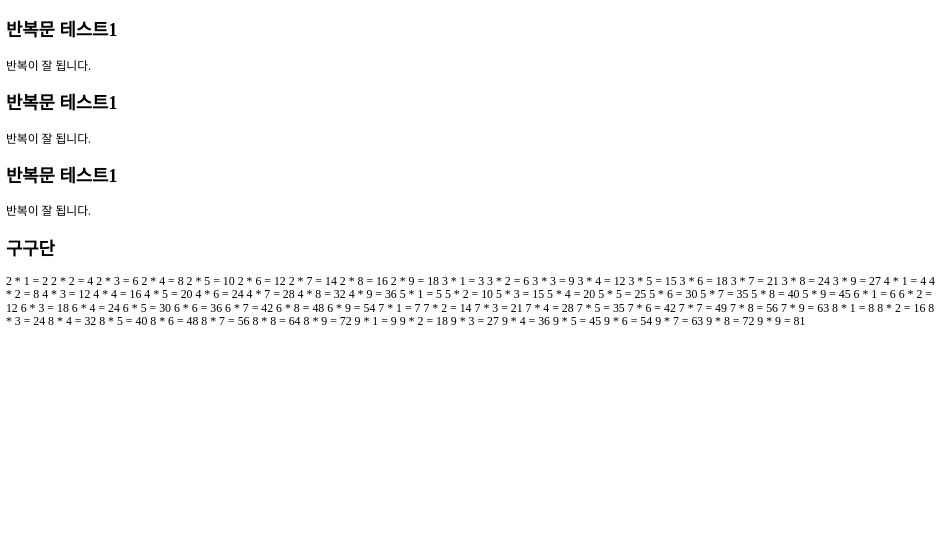
Repository: mickey530/jsp_practice
Page: http://localhost/JSPBasic/JspTag/Scriptlet.jsp
An editor plug-in stored every save of this project. The page is shown before and after a run of saves, followed by the edit.
The browser window is 1280 px wide. The pictures show the whole page, at 74% of full size.
The page is served by Tomcat 9.

Above is the page before, as saved 2022-01-28 02:35:43.

### JSPBasic/src/main/webapp/JspTag/Scriptlet.jsp
<%@ page language="java" contentType="text/html; charset=UTF-8"
    pageEncoding="UTF-8"%>
<!DOCTYPE html>
<html>
<head>
<meta charset="UTF-8">
<title>Insert title here</title>
</head>
<body>
	<!-- 스크립트릿 내부에는 자바 코드를 작성할 수 있으며
	이 코드를 반영해 페이지가 구성됩니다. -->
	<% for(int i = 0; i < 3; i++){ %>
		<h2>반복문 테스트1</h2>
		<p>
			반복이 잘 됩니다.
		</p>
	<% } %>

	<!-- 하단에 구구단 코드를 작성해주세요.
	System.out.println() 이 괄호 내 구문을 콘솔에 찍히게 해줬다면
	out.println()은 html화면에 괄호 내 구문을 콘솔에 찍히게 해줍니다.
	(javascript의 document.write()와 같은 역할) -->
	<h2>구구단</h2>
	<% for(int i = 2; i < 10; i++){
		for(int j = 1; j < 10; j++){
			out.println(i + " * " + j +" = " + i*j);
		}
		}%>

</body>
</html>

After the next 2 saves:
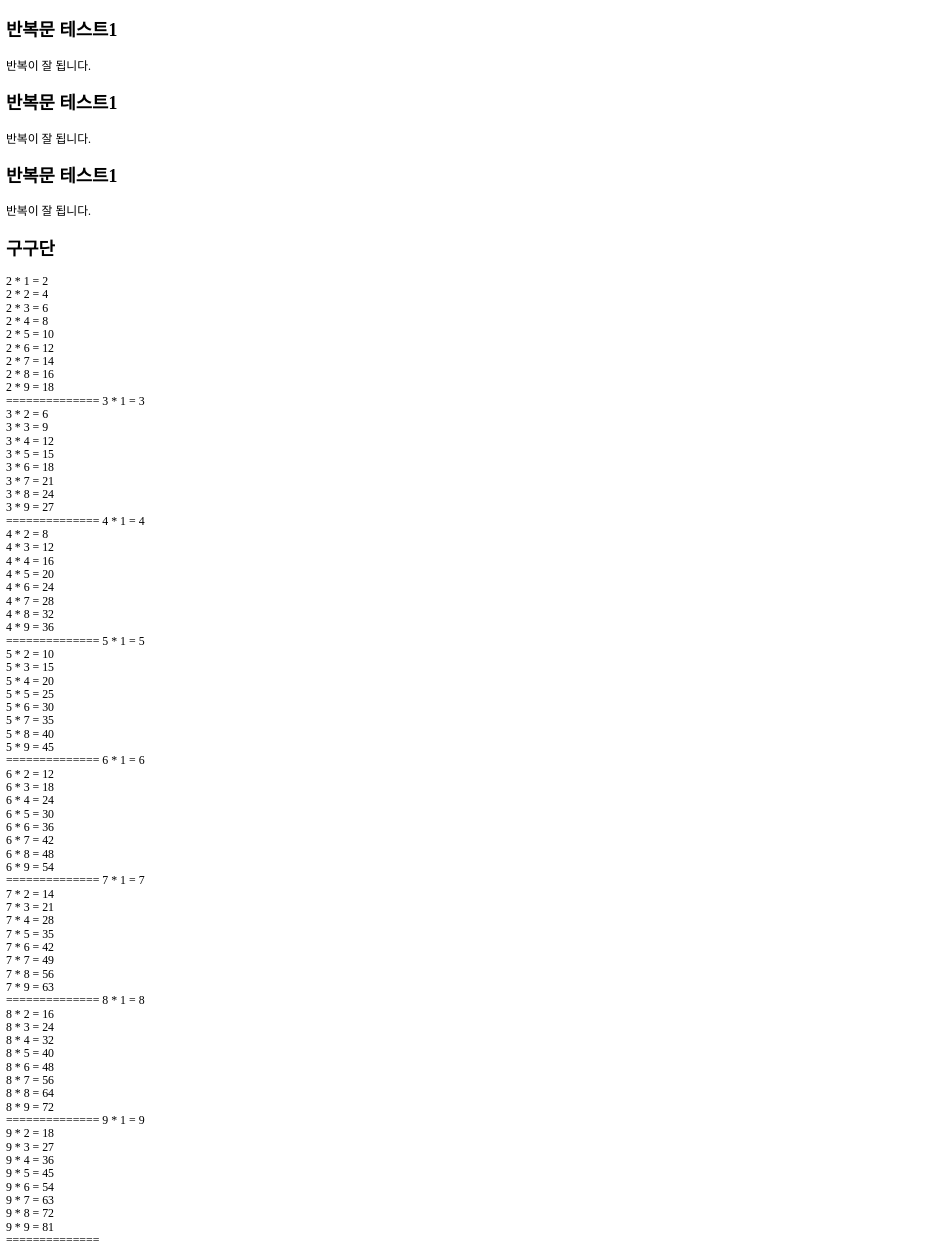
The 2 saves are shown as one change because 1 did not build or start.
The last was saved 5 min 18 s later.
--- a/JSPBasic/src/main/webapp/JspTag/Scriptlet.jsp
+++ b/JSPBasic/src/main/webapp/JspTag/Scriptlet.jsp
@@ -23,8 +23,8 @@
 	<h2>구구단</h2>
 	<% for(int i = 2; i < 10; i++){
 		for(int j = 1; j < 10; j++){
-			out.println(i + " * " + j +" = " + i*j);
-		}
+			out.println(i + " * " + j +" = " + i*j + "<br/>");
+		} out.println("==============");
 		}%>
 
 </body>
